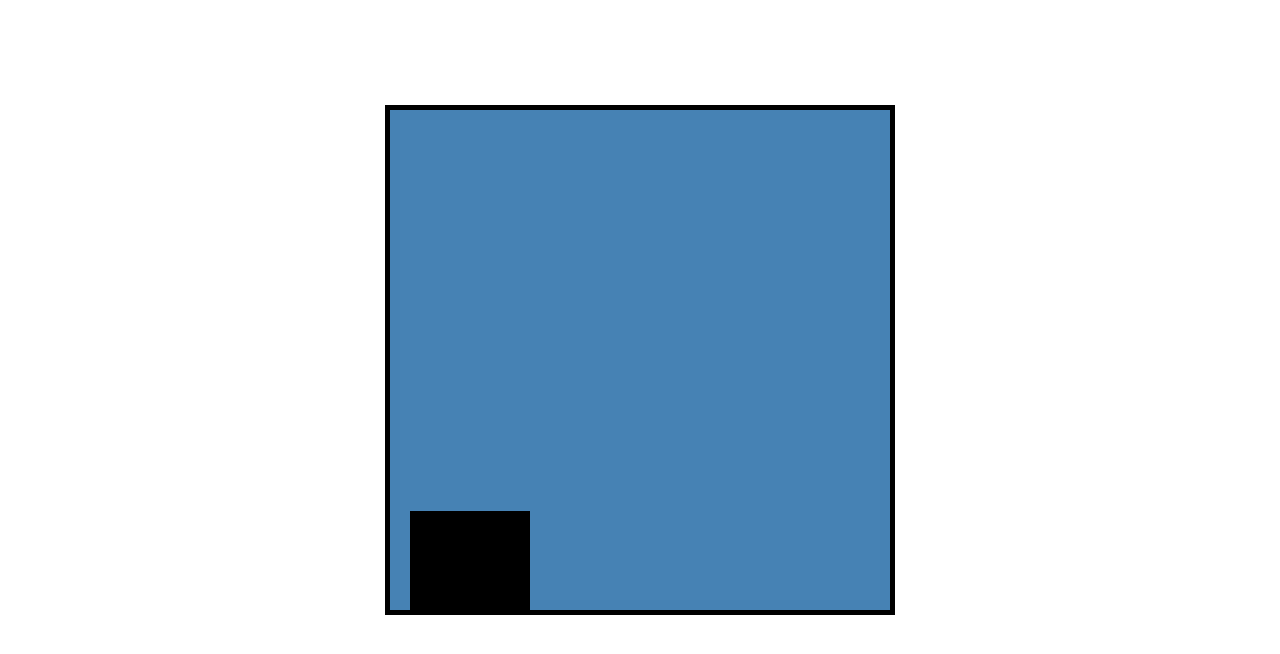
Repository: vasucp1207/seahorse-shooting-game
Page: index.html
An editor plug-in stored every save of this project. The page is shown before and after the next save, followed by the edit.
The browser window is 1280 px wide. The pictures show the whole page.

Above is the page before, as saved 2022-08-24 14:42:27.

### index.html
<!DOCTYPE html>
<html lang="en">
<head>
    <meta charset="UTF-8">
    <meta http-equiv="X-UA-Compatible" content="IE=edge">
    <meta name="viewport" content="width=device-width, initial-scale=1.0">
    <title>Document</title>
    <link rel="stylesheet" href="style.css">
</head>
<body>
    <canvas id="canvas"></canvas>

    <script src="script.js"></script>
</body>
</html>

### style.css
* {
    margin: 0;
    padding: 0;
    box-sizing: border-box;
}

#canvas{
    border: 5px solid black;
    position: absolute;
    top: 50%;
    left: 50%;
    transform: translate(-50%, -50%);
    background: steelblue;
    max-width: 100%;
    max-height: 100%;
}

### script.js
window.addEventListener('load', function(){
    const canvas = this.document.getElementById('canvas')
    const ctx = canvas.getContext('2d')
    canvas.width = 500
    canvas.height = 500

    class InputHandler{

    }

    class Projectile{

    }

    class Player{
        constructor(game){
            this.game = game
            this.width = 120
            this.height = 190
            this.x = 20
            this.y = 100
            this.speedY = 1
        }

        update(){
            this.y += this.speedY
        }
        draw(context){
            context.fillRect(this.x, this.y, this.width, this.height)
        }
    }

    class Particle{

    }

    class Enemy{

    }

    class Layer{

    }

    class Background{

    }

    class UI{

    }

    class Game{
        constructor(width, height){
            this.width = width
            this.height = height
            this.player = new Player(this)
        }
        update(){
            this.player.update()
        }
        draw(context){
            this.player.draw(context)
        }
    }

    const game = new Game(canvas.width, canvas.height)
    function animate(){
        ctx.clearRect(0, 0, canvas.width, canvas.height)
        game.update()
        game.draw(ctx)
        requestAnimationFrame(animate)
    }
    animate()
})

After the next save:
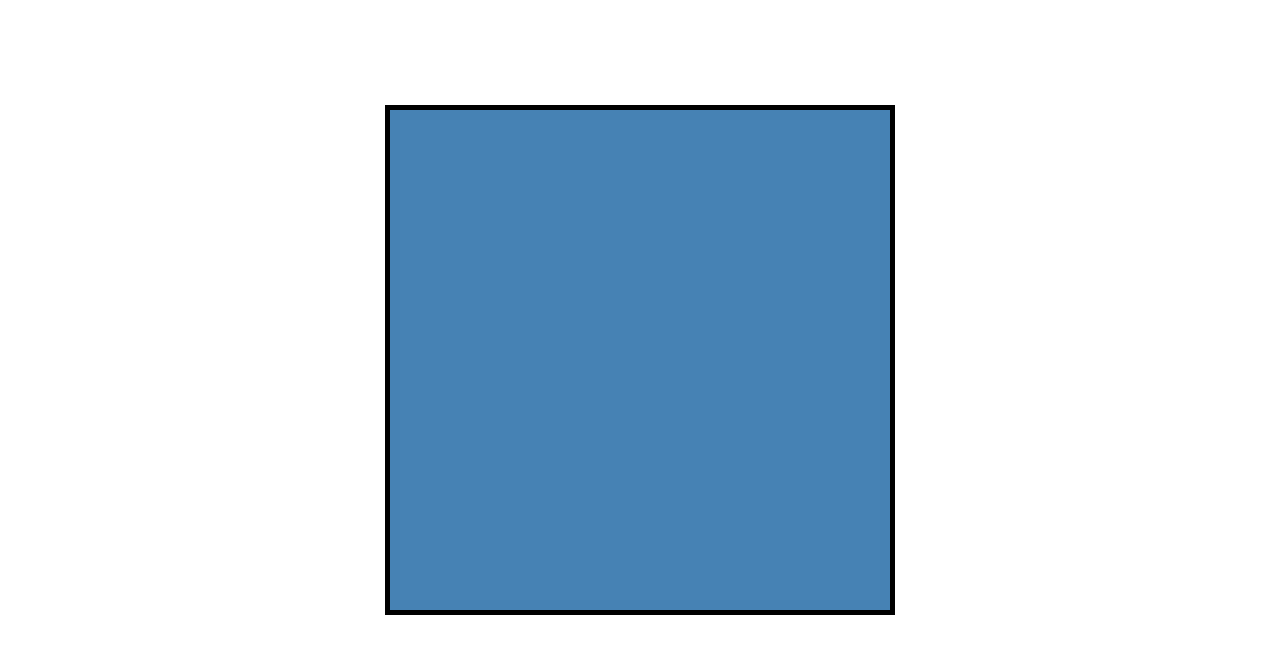
Saved 25 s later.
--- a/script.js
+++ b/script.js
@@ -19,7 +19,7 @@ window.addEventListener('load', function(){
             this.height = 190
             this.x = 20
             this.y = 100
-            this.speedY = 1
+            this.speedY = -1
         }
 
         update(){
